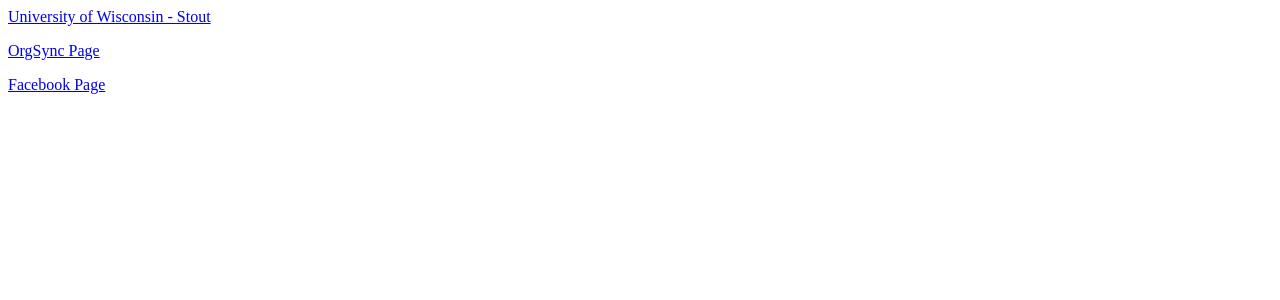
Repository: UWStoutPiLambdaPhi/OrgSync
Page: footer.html
The author's editor kept a record of every edit. The page is drawn from the files as they stood at one moment, then again after the next edit.
The browser window is 1280 px wide. The pictures show the whole page.

Above is the page before.

After the next edit:
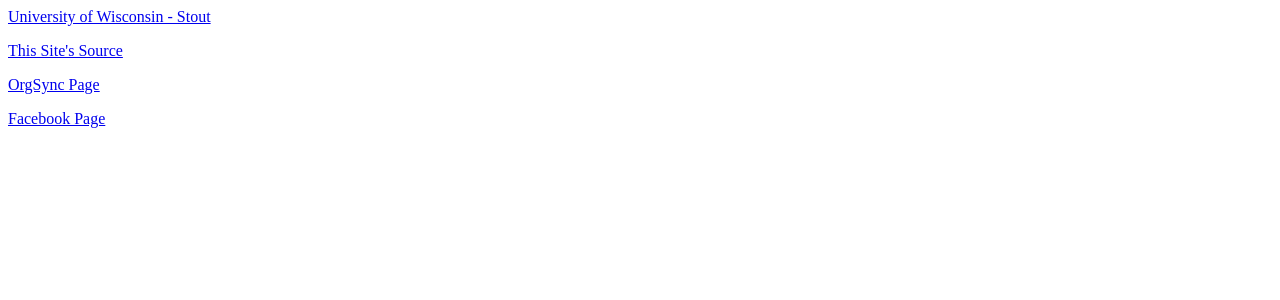
The edit:
--- a/footer.html
+++ b/footer.html
@@ -1,6 +1,9 @@
 <footer id="PageFooter">
     <p>
         <a href="uwstout.edu"> University of Wisconsin - Stout</a>
+    </p>
+    <p>
+        <a href="https://github.com/UWStoutPiLambdaPhi">This Site's Source</a>
     </p>
     <p>
         <a href="https://orgsync.com/67300/chapter"> OrgSync Page</a>
